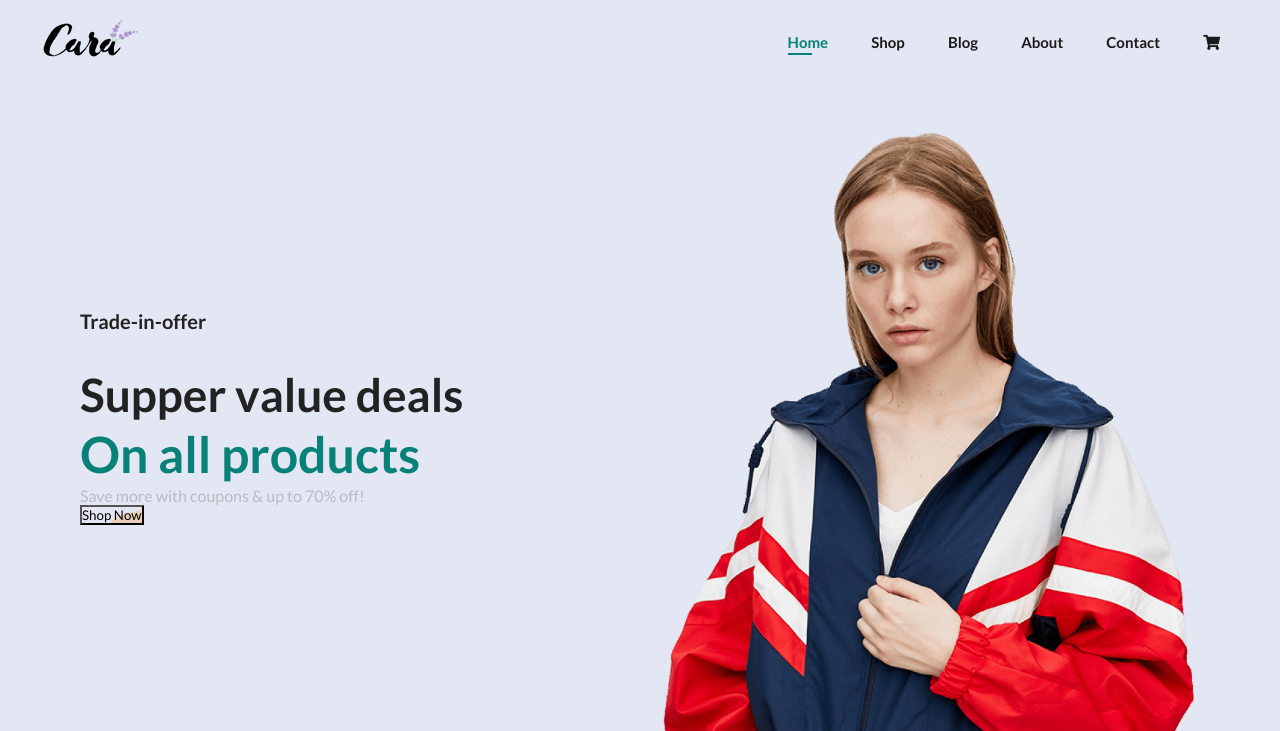
Repository: Nguyenductuan-dev/Website-Clothes
Page: index.html
The author's editor kept a copy of each file at every save. The page is drawn from the files as they stood at one save, then again after the next save.
The browser window is 1280 px wide. The pictures show the whole page.

Above is the page before, as saved 2022-04-24 15:54:34.

### index.html
<!DOCTYPE html>
<html lang="en">
<head>
    <meta charset="UTF-8">
    <meta http-equiv="X-UA-Compatible" content="IE=edge">
    <meta name="viewport" content="width=device-width, initial-scale=1.0">
    <link rel="shortcut icon" href="assets/imgs/favicon.png" type="image/x-icon">
    <link rel="stylesheet" href="https://cdnjs.cloudflare.com/ajax/libs/font-awesome/5.15.1/css/all.min.css" />
    <link rel="preconnect" href="https://fonts.googleapis.com">
    <link rel="preconnect" href="https://fonts.gstatic.com" crossorigin>
    <link href="https://fonts.googleapis.com/css2?family=Lato:wght@400;700&family=Montserrat:ital,wght@0,200;0,300;0,400;0,500;0,600;0,700;1,600&display=swap" rel="stylesheet">
    <link rel="stylesheet" href="assets/css/style.css">
    <title>Website Clothes</title>
</head>
<body>
    <!-- ======================= HEADER ====================== -->
    <header class="header " id="header">
        <div class="header__container container">
            <a href="index.html" class="header__logo">
                <img src="assets/images/logo.png" alt="" class="header__logo-img">
            </a>

            <div class="navbar" id="navbar">
                <ul class="navbar__list">
                    <li class="navbar__item ">
                        <a href="index.html" class="navbar__link navbar__active">Home</a>
                    </li>
                    <li class="navbar__item">
                        <a href="shop.html" class="navbar__link">Shop</a>
                    </li>
                    <li class="navbar__item">
                        <a href="blog.html" class="navbar__link">Blog</a>
                    </li>
                    <li class="navbar__item">
                        <a href="about.html" class="navbar__link">About</a>
                    </li>
                    <li class="navbar__item">
                        <a href="contact.html" class="navbar__link">Contact</a>
                    </li>
                    <li class="navbar__item">
                        <a href="cart.html" class="navbar__link">
                            <i class="fas fa-shopping-cart"></i>
                        </a>
                    </li>
                </ul>
            </div>
        </div>
    </header>

    <!-- ======================= BANNER ====================== -->
    <section class="banner" id="banner">
        <div class="banner__container container">
            <h4>Trade-in-offer</h4>
            <h2>Supper value deals</h2>
            <h1>On all products</h1>
            <p>Save more with coupons & up to 70% off!</p>
            <button class="banner__btn">
                Shop Now
            </button>
        </div>
    </section>

    <script src="assets/js/main.js"></script>
</body>
</html>

### assets/css/style.css
* {
    margin: 0;
    padding: 0;
    box-sizing: border-box;
    font-family: 'Lato', sans-serif;
}
h1 {
    font-size: 50px;
    line-height: 64px;
    color: #222;
}
h2 {
    font-size: 46px;
    line-height: 54px;
    color: #222;
}

h4 {
    font-size: 20px;
    line-height: 64px;
    color: #222;
}
h6 {
    font-weight: 700;
    font-size: 12px;
}
p {
    font-size: 16px;
    color: #4444;
}
body {
    width: 100%;
}
.container {
    max-width: 1200px;
    margin: auto;
}
/* ================ HEADER =================== */
.header {
    background-color: #e3e6f3;
    box-shadow: 0 5px 15px rgba(0, 0, 0, .06);
}
.header__container {
    max-width: 1200px;
    display: flex;
    justify-content: space-between;
    align-items: center;
    padding: 20px 0;
    margin: auto;
}
.navbar {
    display: inline-block;
}
.navbar__item {
    display: inline-block;
    list-style: none;
    padding: 0 20px;
    position: relative;
}
.navbar__link {
    text-decoration: none;
    color: #1a1a1a;
    font-size: 15px;
    font-weight: 600;
    transition: .3s ease;

}
.navbar__link:hover,
.navbar__link.navbar__active {
    color: #088178;
}
.navbar__active::after,
.navbar__link:hover::after {
    content: '';
    width: 30%;
    height: 2px;
    background-color: #088178;
    position: absolute;
    bottom: -4px;
    left: 20px;
}
/* ================ BANNER =================== */
.banner {
    background-image: url('../images/hero4.png');
    width: 100%;
    background-position: top 25% right 0;
    background-size: cover;
    padding: 0 80px;
}
.banner__container {
    display: flex;
    height: 90vh;
    flex-direction: column;
    align-items: flex-start;
    justify-content: center;
}
.banner__container h4 {
    padding-bottom: 15px;
}
.banner__container h1 {
    color: #088178;
}
.banner__container .banner__btn {
    background-image: url('../images/button.png');
    background-color: transparent;

}

Loaded but not shown: assets/js/main.js (no stored copy; drawn as an empty file)

After the next save:
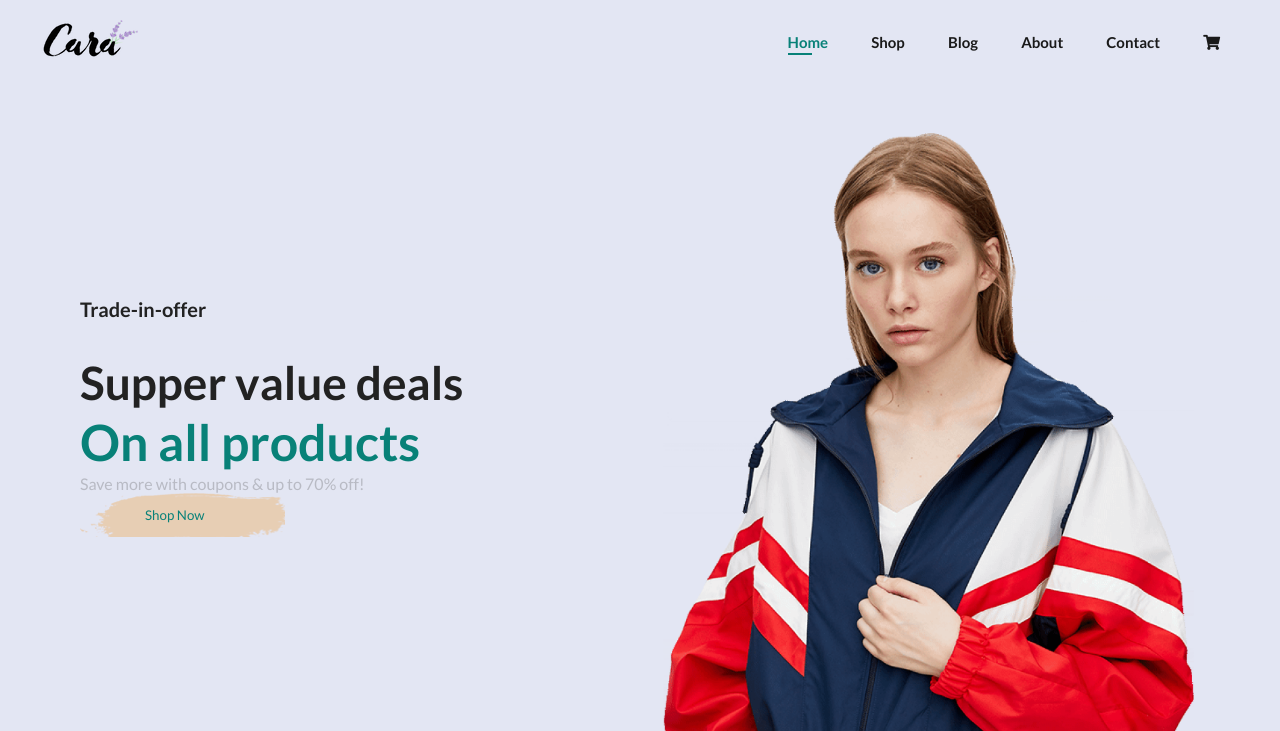
Saved 50 s later.
--- a/assets/css/style.css
+++ b/assets/css/style.css
@@ -103,5 +103,7 @@ body {
 .banner__container .banner__btn {
     background-image: url('../images/button.png');
     background-color: transparent;
-
+    color: #088178;
+    border: none;
+    padding: 14px 80px 14px 65px;
 }
